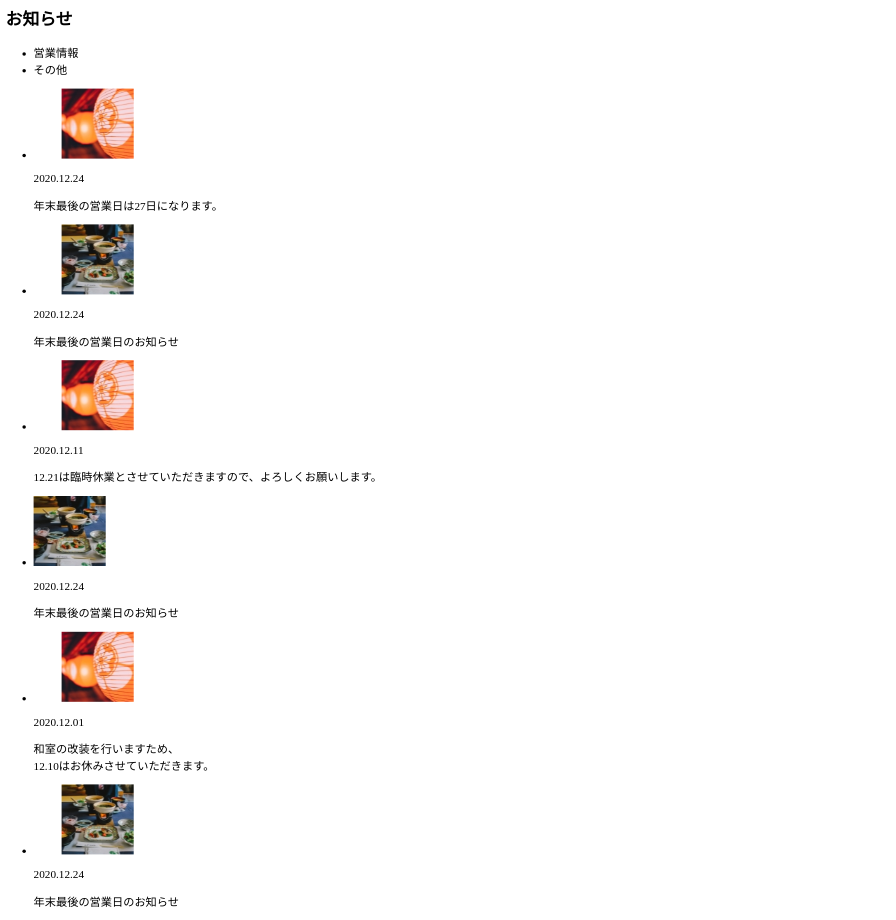
Repository: yuukiyokoyama/compex1
Page: index.html
The author's editor kept a copy of each file at every save. The page is drawn from the files as they stood at one save, then again after the next save.
The browser window is 1280 px wide. The pictures show the part of the page from y = 4442 to 6362 px (the page is 5756 px tall before and 6362 px after), at 70% of full size.

Above is the page before, as saved 2021-09-17 23:47:18.

After the next save:
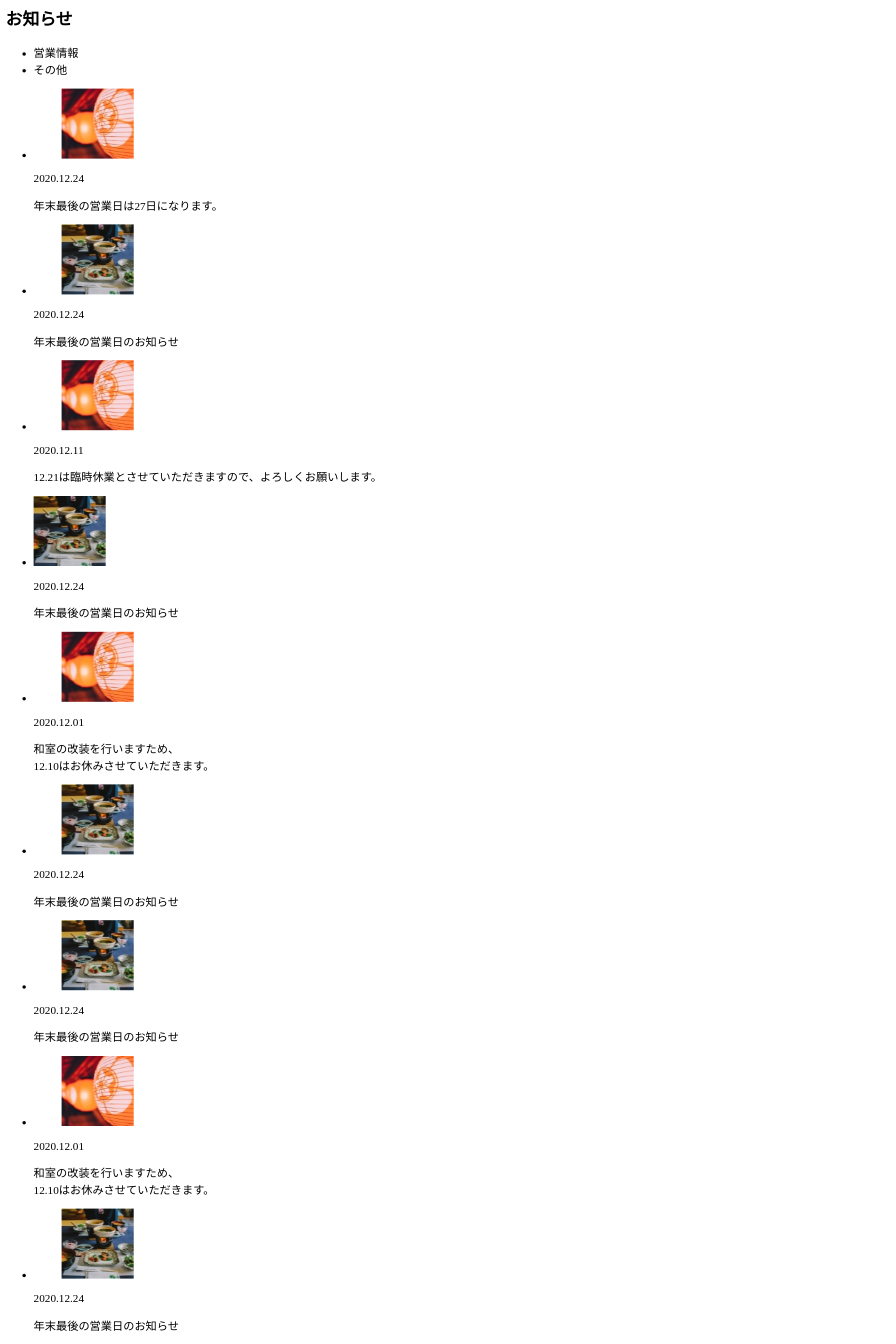
Saved 100 s later.
--- a/index.html
+++ b/index.html
@@ -415,6 +415,66 @@
               </ul>
             </div>
             <!-- news__tab-menu -->
+            <div class="news__tab-menu js-tab-target" id="tab02">
+              <ul
+                class="news__list aos-init aos-animate"
+                data-aos="fade-up"
+                data-aos-duration="2000"
+              >
+                <li class="news__list-item">
+                  <div class="news__list-item-wrapper">
+                    <figure class="news__img-wrapper">
+                      <img
+                        src="./石井花壇 _ 温海温泉旅館【公式サイト】_files/news02.jpg"
+                        alt="ニュース"
+                      />
+                    </figure>
+                    <div class="news__body">
+                      <p class="news__date">2020.12.24</p>
+                      <p class="news__text">年末最後の営業日のお知らせ</p>
+                    </div>
+                    <!--news__body-->
+                  </div>
+                  <!--news__list-item-wrapper-->
+                </li>
+                <li class="news__list-item">
+                  <div class="news__list-item-wrapper">
+                    <figure class="news__img-wrapper">
+                      <img
+                        src="./石井花壇 _ 温海温泉旅館【公式サイト】_files/news01.jpg"
+                        alt="ニュース"
+                      />
+                    </figure>
+                    <div class="news__body">
+                      <p class="news__date">2020.12.01</p>
+                      <p class="news__text">
+                        和室の改装を行いますため、<br />
+                        12.10はお休みさせていただきます。
+                      </p>
+                    </div>
+                    <!--news__body-->
+                  </div>
+                  <!--news__list-item-wrapper-->
+                </li>
+                <li class="news__list-item">
+                  <div class="news__list-item-wrapper">
+                    <figure class="news__img-wrapper">
+                      <img
+                        src="./石井花壇 _ 温海温泉旅館【公式サイト】_files/news02.jpg"
+                        alt="ニュース"
+                      />
+                    </figure>
+                    <div class="news__body">
+                      <p class="news__date">2020.12.24</p>
+                      <p class="news__text">年末最後の営業日のお知らせ</p>
+                    </div>
+                    <!--news__body-->
+                  </div>
+                  <!--news__list-item-wrapper-->
+                </li>
+              </ul>
+            </div>
+            <!--news__tab-menu-->
           </div>
         </section>
         <section class="access"></section>
